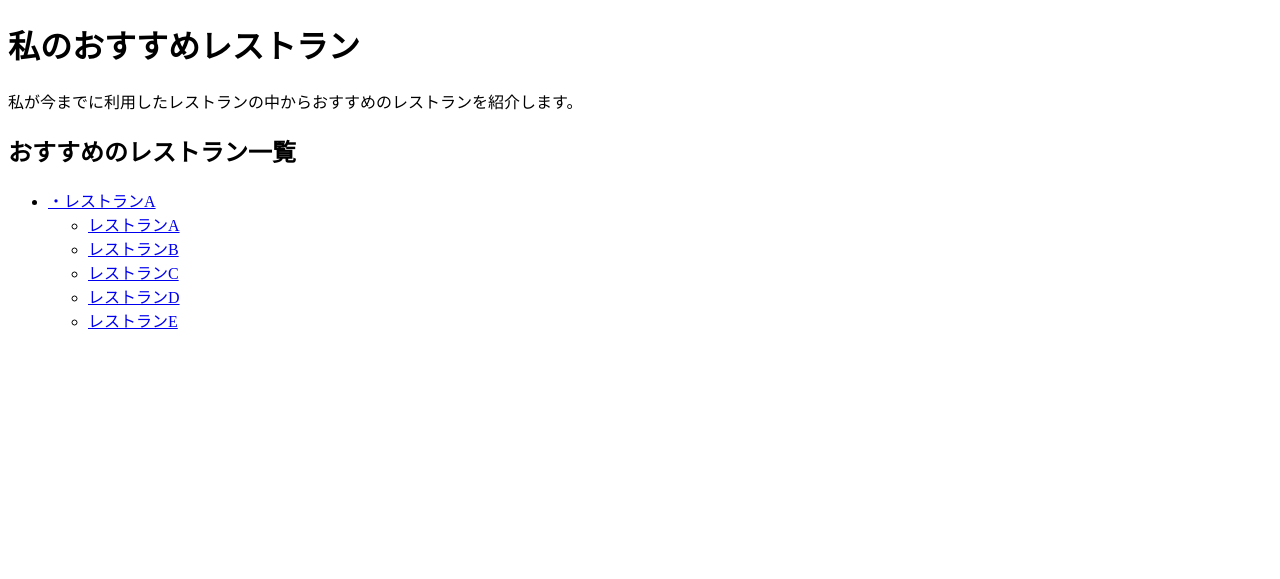
Repository: KubotaAtsushi/samurai_HTML-CSS
Page: test.html
The author's editor kept a record of every edit. The page is drawn from the files as they stood at one moment, then again after the next edit.
The browser window is 1280 px wide. The pictures show the whole page.

Above is the page before.

After the next edit:
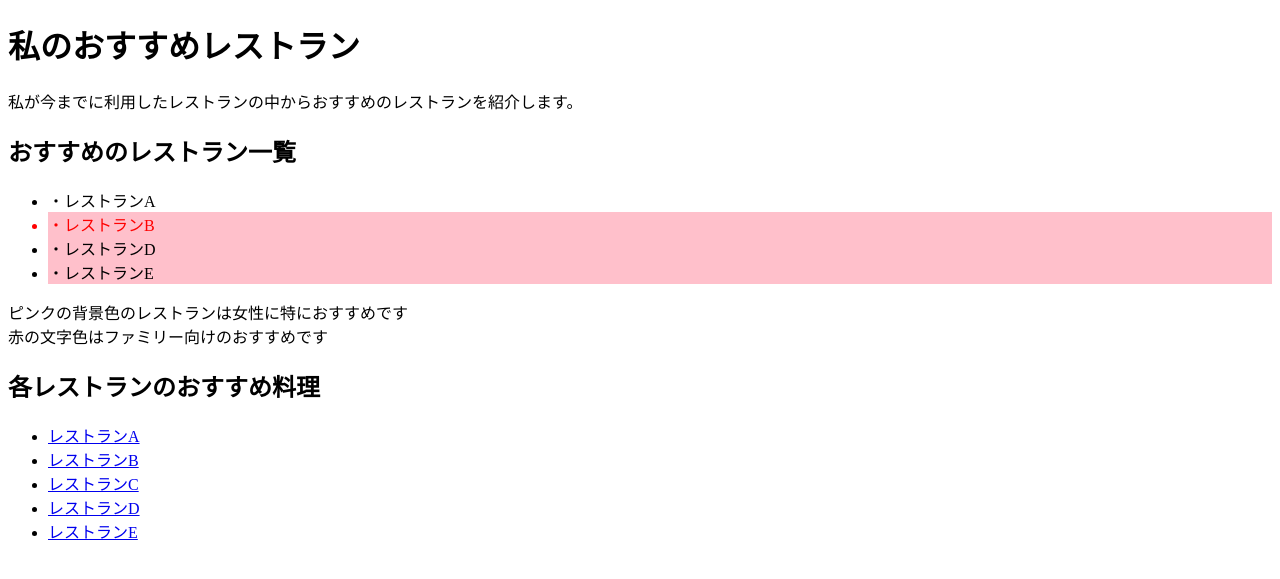
The edit:
--- a/test.html
+++ b/test.html
@@ -12,9 +12,8 @@
          <div id="wrapper">
             <div id="nav">
                 <ul>
-                    <li><a href="home.html">・レストランA</a></li>
-                    <div style="background-color:red><li>・レストランB</li>
-                    <li>・レストランC</li></div>
+                    <li>・レストランA</li>
+                    <div style="background-color:pink"> <font color="red"><li>・レストランB</li></font>
                     <li>・レストランD</li>
                     <li>・レストランE</li>
                 </ul>
